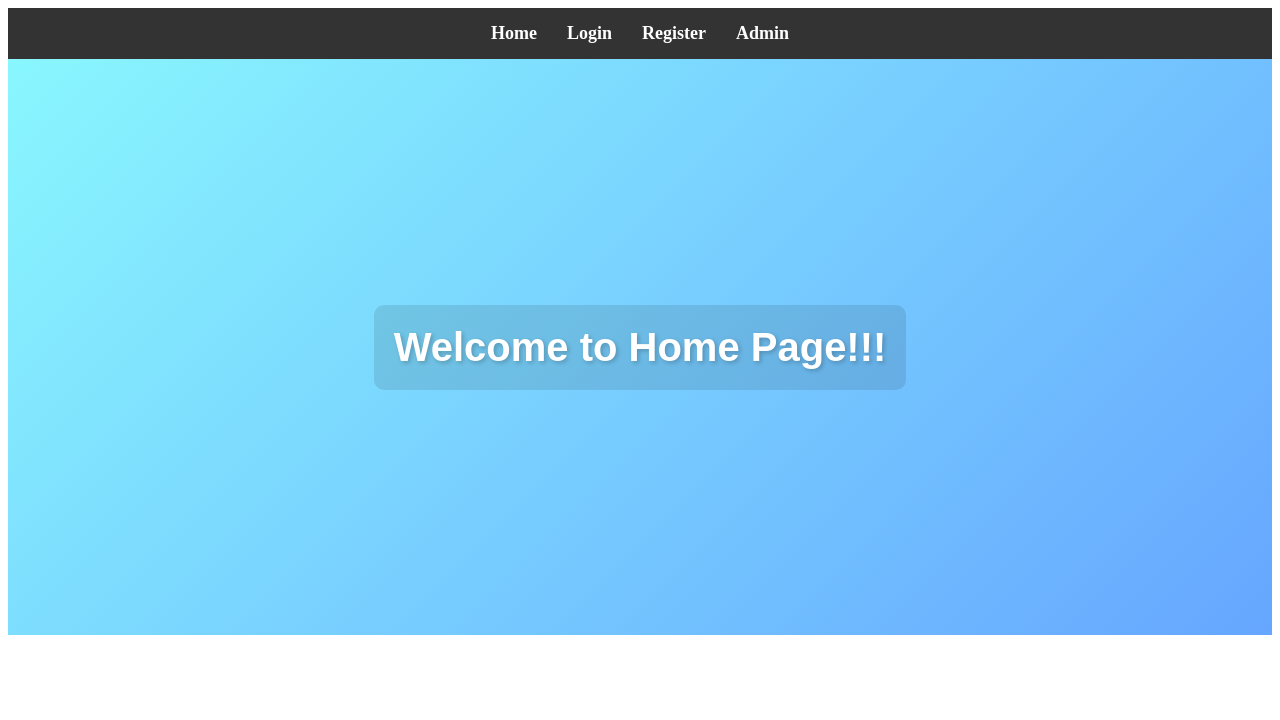
Repository: AhmedIbu/angular-login-app
Page: / (app in angular-login-app/)
An editor plug-in stored every save of this project. The page is shown before and after the next save, followed by the edit.
The browser window is 1280 px wide. The pictures show the whole page.
The project was rebuilt for these pictures with package versions that can differ from the ones it lists, and the page was loaded fresh each time. Also part of the build but not shown: angular-login-app/angular.json, angular-login-app/src/app/login/login.component.ts, angular-login-app/src/app/services/auth.service.ts, angular-login-app/src/app/register/register.component.ts, angular-login-app/src/app/services/user.service.ts, angular-login-app/src/app/admin-dashboard/admin-dashboard.component.ts, angular-login-app/src/app/admin-login/admin-login.component.ts, angular-login-app/src/app/user-dashboard/user-dashboard.component.ts.

Above is the page before, as saved 2025-02-21 11:23:08.

After the next save:
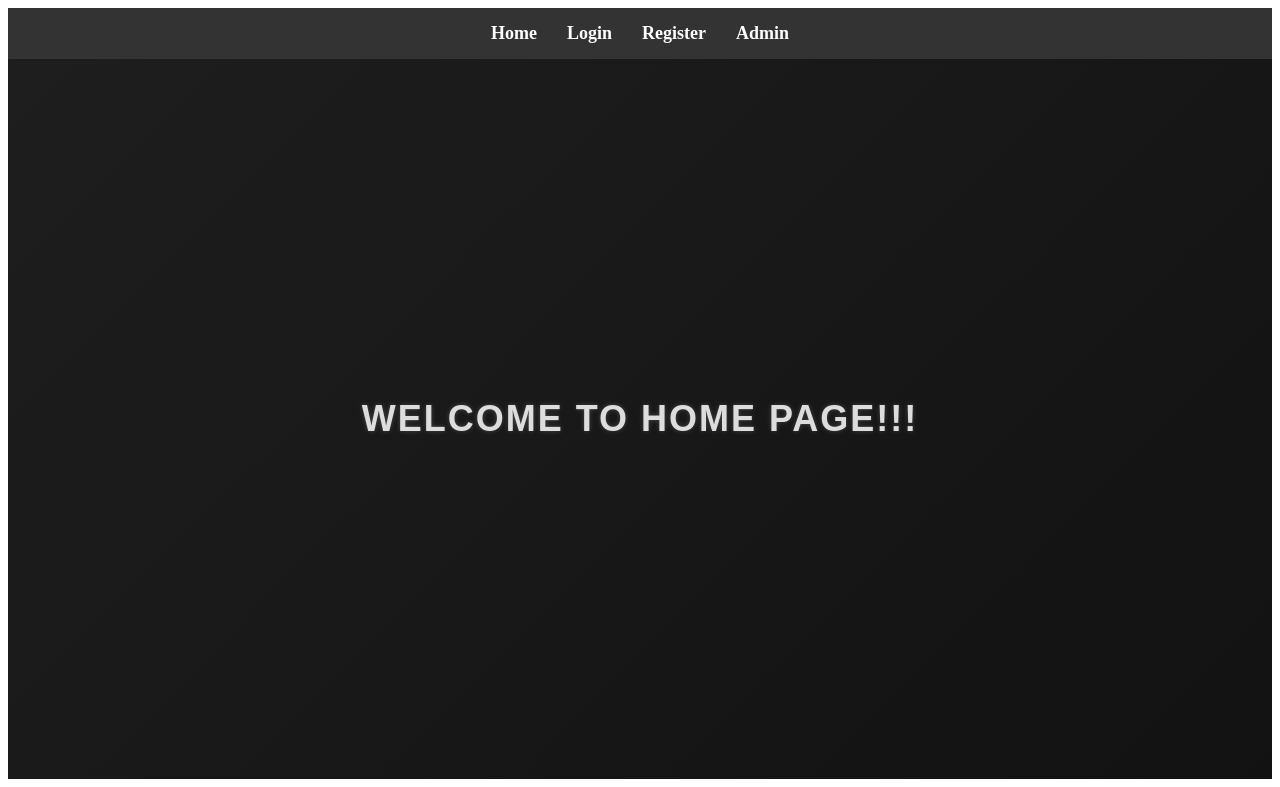
Saved 87 s later.
--- a/angular-login-app/src/app/home/home.component.css
+++ b/angular-login-app/src/app/home/home.component.css
@@ -1,37 +1,62 @@
-/* Center the content */
+/* Full-page background with dark aesthetic */
 .home-container {
-    display: flex;
-    justify-content: center;
-    align-items: center;
-    height: 80vh;
-    text-align: center;
-    background: linear-gradient(135deg, #89f7fe, #66a6ff);
-    color: #fff;
-    font-family: 'Arial', sans-serif;
-  }
+  display: flex;
+  justify-content: center;
+  align-items: center;
+  height: 100vh;
+  background: linear-gradient(135deg, #1e1e1e, #121212); /* Dark aesthetic gradient */
+  color: #ddd; /* Light grey text for contrast */
+  text-align: center;
+  font-family: "Poppins", sans-serif;
+}
 
-  /* Styling the welcome text */
-  .home-container h1 {
-    font-size: 2.5rem;
-    font-weight: bold;
-    text-shadow: 2px 2px 4px rgba(0, 0, 0, 0.2);
-    padding: 20px;
-    border-radius: 10px;
-    background: rgba(0, 0, 0, 0.1);
-  }
+/* Stylish welcome text */
+.home-container h1 {
+  font-size: 36px;
+  font-weight: bold;
+  text-transform: uppercase;
+  letter-spacing: 2px;
+  text-shadow: 0 0 5px rgba(255, 255, 255, 0.2);
+}
 
-  /* Add a subtle animation */
-  @keyframes fadeIn {
-    from {
-      opacity: 0;
-      transform: translateY(-20px);
-    }
-    to {
-      opacity: 1;
-      transform: translateY(0);
-    }
-  }
+/* Navigation links */
+nav {
+  position: absolute;
+  top: 20px;
+  left: 50%;
+  transform: translateX(-50%);
+}
 
-  .home-container h1 {
-    animation: fadeIn 1s ease-in-out;
-  }
+nav ul {
+  list-style: none;
+  display: flex;
+  gap: 20px;
+}
+
+nav ul li {
+  display: inline;
+}
+
+nav ul li a {
+  text-decoration: none;
+  color: #ddd;
+  font-size: 18px;
+  padding: 10px 20px;
+  border-radius: 5px;
+  transition: 0.3s ease-in-out;
+}
+
+/* Glowing effect on hover */
+nav ul li a:hover {
+  background: rgba(255, 255, 255, 0.1);
+  color: #fff;
+  box-shadow: 0 0 10px rgba(255, 255, 255, 0.3);
+  transform: scale(1.1);
+}
+
+/* Small text for extra effect */
+.home-container p {
+  margin-top: 10px;
+  font-size: 16px;
+  opacity: 0.8;
+}
